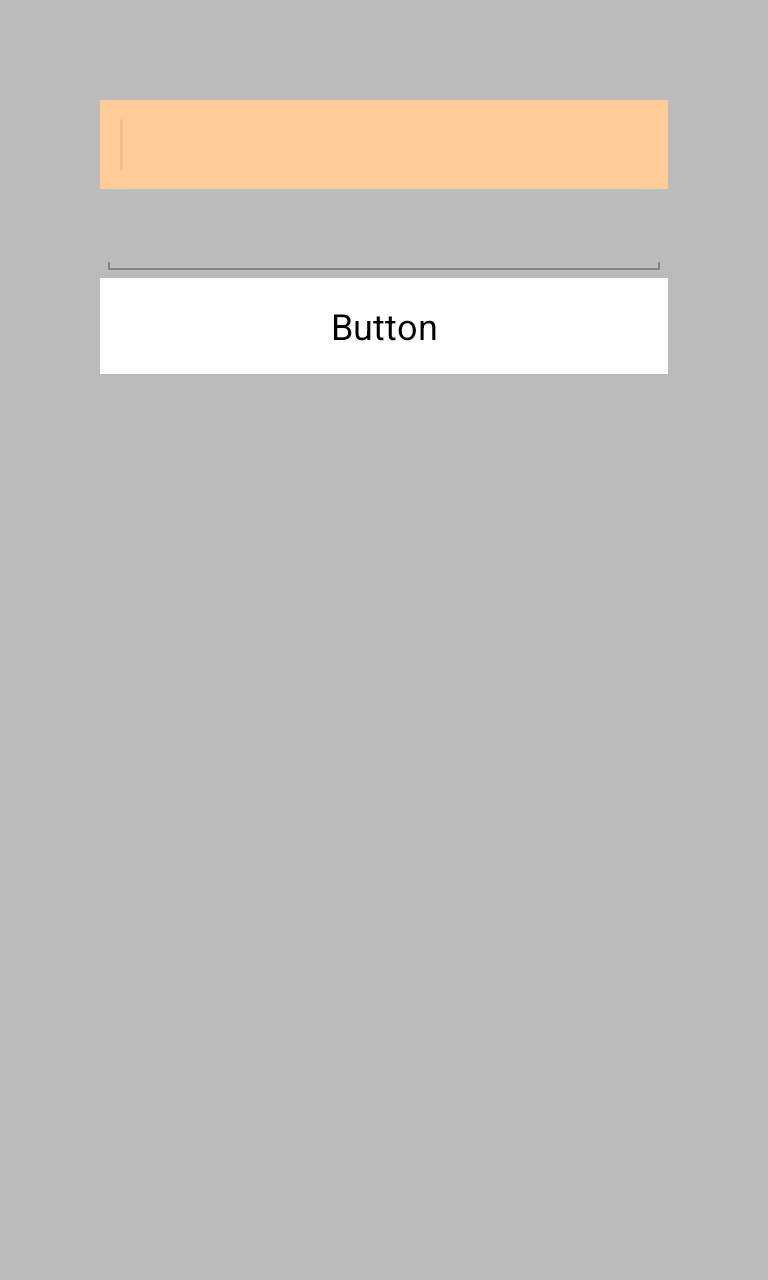
Repository: christianchi/di
Layout: 09 Drawable/UsoDrawNinePatch/res/layout/activity_main.xml
An editor plug-in stored every save of this project. The layout is shown before and after the next save, followed by the edit.
It is drawn on a 768 x 1280 px phone screen (xhdpi) without system bars, with theme AppTheme; the app's code is not run.

Above is the layout before, as saved 2014-01-16 08:45:35.

### 09 Drawable/UsoDrawNinePatch/res/layout/activity_main.xml
<LinearLayout xmlns:android="http://schemas.android.com/apk/res/android"
    android:layout_width="fill_parent"
    android:layout_height="fill_parent"
    android:background="#bbb"
    android:orientation="vertical"
    android:padding="50dp" >

    <EditText
        android:id="@+id/editText1"
        android:layout_width="match_parent"
        android:layout_height="wrap_content"
        android:background="#fc9"
        android:ems="10"
        android:padding="10dp" >

        <requestFocus />
    </EditText>

    <EditText
        android:id="@+id/editText2"
        android:layout_width="match_parent"
        android:layout_height="wrap_content"
        android:ems="10"
        android:inputType="textPassword"
        android:padding="10dp" />

    <Button
        android:id="@+id/button1"
        android:layout_width="match_parent"
        android:layout_height="wrap_content"
        android:text="Button"
        android:background="#fff" />

</LinearLayout>

Loaded but not shown: 09 Drawable/UsoDrawNinePatch/res/values/styles.xml (common file); 09 Drawable/UsoDrawNinePatch/res/values-v11/styles.xml (common file); 09 Drawable/UsoDrawNinePatch/res/values-v14/styles.xml (common file)

After the next save:
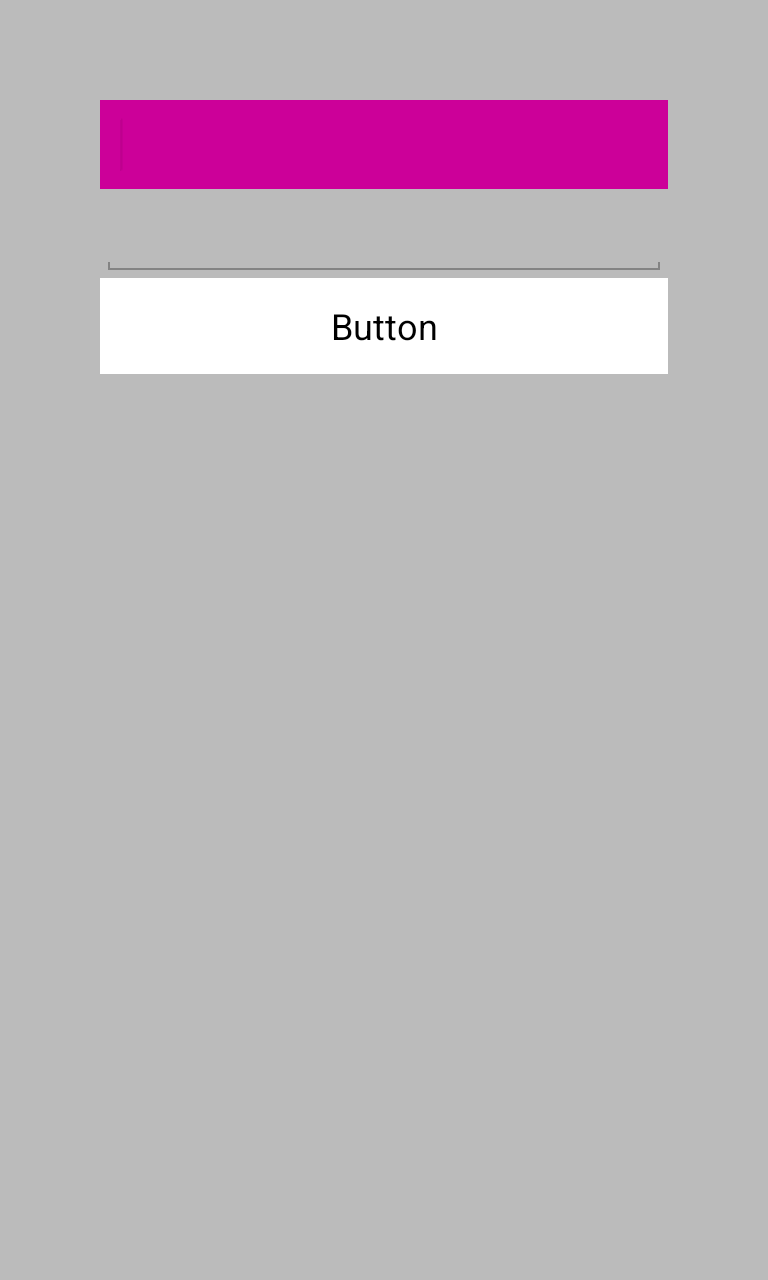
Saved 6 s later.
--- a/09 Drawable/UsoDrawNinePatch/res/layout/activity_main.xml
+++ b/09 Drawable/UsoDrawNinePatch/res/layout/activity_main.xml
@@ -9,7 +9,7 @@
         android:id="@+id/editText1"
         android:layout_width="match_parent"
         android:layout_height="wrap_content"
-        android:background="#fc9"
+        android:background="#c09"
         android:ems="10"
         android:padding="10dp" >
 
